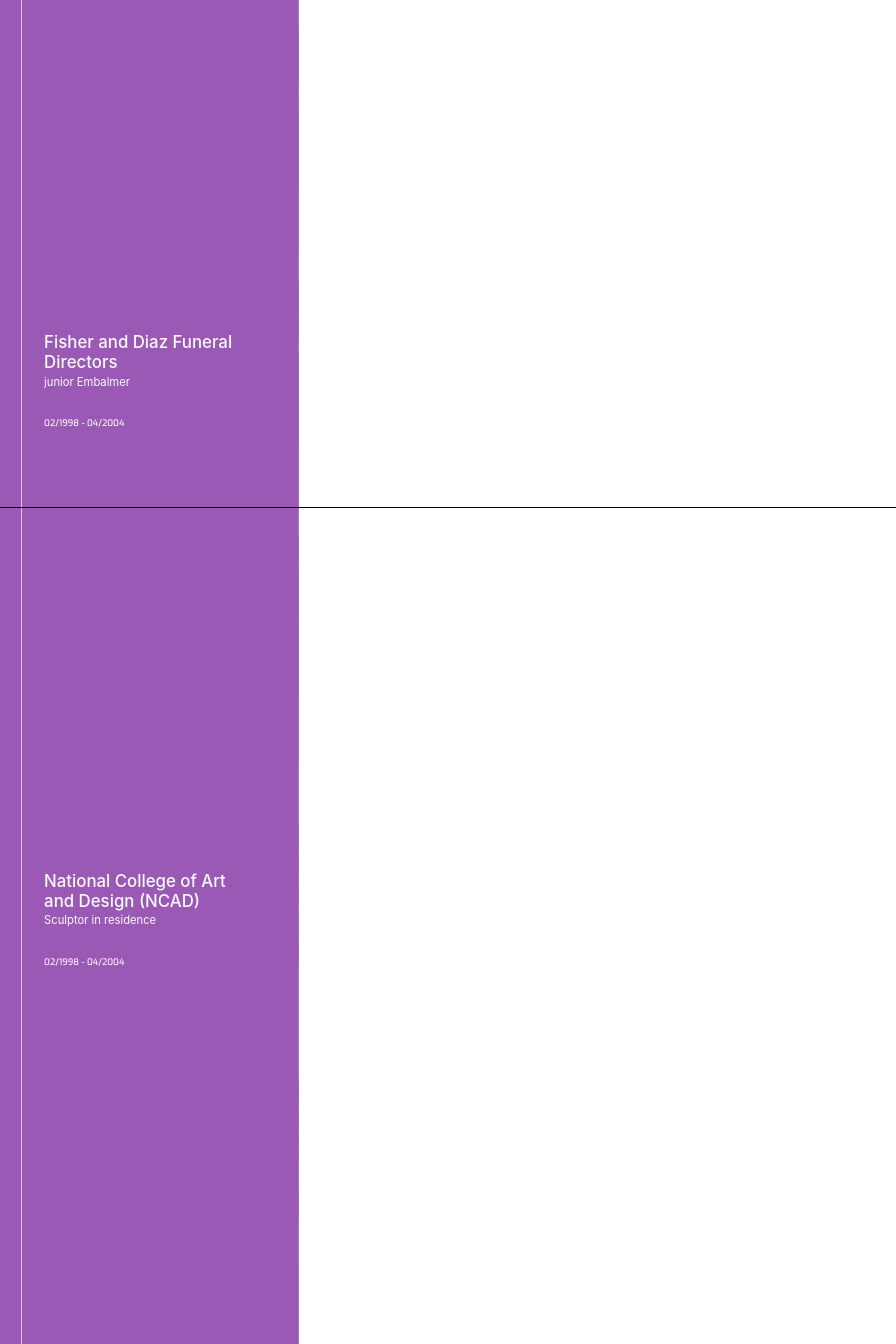
Repository: lemon-squeezy/resume-project
Page: resume.html
The author's editor kept a record of every edit. The page is drawn from the files as they stood at one moment, then again after the next edit.
The browser window is 1280 px wide. The pictures show the part of the page from y = 1460 to 3380 px (the page is 3746 px tall), at 70% of full size.
Some web libraries are served in a nearby version.

Above is the page before.

### resume.html
<!DOCTYPE html>
<html lang="en">

<head>
    <meta charset="UTF-8">
    <meta name="viewport" content="width=device-width, initial-scale=1.0">
    <meta http-equiv="X-UA-Compatible" content="ie=edge">
    <link rel="stylesheet" href="https://maxcdn.bootstrapcdn.com/bootstrap/4.2.1/css/bootstrap.min.css" type="text/css" />
    <link rel="stylesheet" href="https://maxcdn.bootstrapcdn.com/font-awesome/4.7.0/css/font-awesome.min.css" type="text/css" />
    <link rel="stylesheet" href="https://cdnjs.cloudflare.com/ajax/libs/hover.css/2.1.1/css/hover-min.css" type="text/css" />
    <link rel="stylesheet" href="assets/css/style.css">
    <title>Rosie</title>
</head>

<body>
    <header>
        <div class="row no-gutters">
            <a class="col-md-4 logo" href="02-index.html"></a>
            <div class="col-md-8">
                <div class="row no-gutters bg-color-name-title">
                    <div class="col heading">
                        <h1 class="name">Rosie Odenkirk</h1>
                        <h2 class="title"> Full Stack Developer</h2>
                    </div>
                </div>
                <div class="row no-gutters">
                    <div class="col">
                        <ul id="nav" class="list-inline menucontainer">
                            <li class="col-6 col-sm-3 list-inline-item ui-menu-color-home menuitem">
                                <a href="#" class="hvr-sweep-to-bottom"><i class="fa fa-home" aria-hidden="true"></i><span>Home</span></a>
                            </li>
                            <li class="col-6 col-sm-3 list-inline-item ui-menu-color-resume menuitem">
                                <a href="#" class="hvr-sweep-to-bottom"><i class="fa fa-graduation-cap" aria-hidden="true"></i><span>Resume</span></a>
                            </li>
                            <li class="col-6 col-sm-3 list-inline-item ui-menu-color-contact menuitem">
                                <a href="#" class="hvr-sweep-to-bottom"><i class="fa fa-comment-o" aria-hidden="true"></i><span>Contact</span></a>
                            </li>
                            <li class="col-6 col-sm-3 list-inline-item ui-menu-color-download menuitem">
                                <a href="#" class="hvr-sweep-to-bottom"><i class="fa fa-download" aria-hidden="true"></i><span>Download CV</span></a>
                            </li>
                        </ul>
                    </div>
                </div>
            </div>
        </div>
    </header>
    <section class="container-fluid">
        <div class="row">
            <div class="col-md-4 bg-color-work-history section-column">
                <div class="row">
                    <div class="col-12">
                        <h3 class="history-heading uppercase">
                            Work History
                        </h3>
                    </div>
                </div>
                <div class="timeline-item" data-dates="02/1998 - 04/2004">
                    <h4>National College of Art and Design (NCAD)</h4>
                    <p>Sculptor in residence</p>
                </div>
                <div class="timeline-item" data-dates="04/2004 - 06/2008">
                    <h4>Fisher and Diaz Funeral Directors</h4>
                    <p>junior Embalmer</p>
                </div>
                <div class="timeline-item" data-dates="02/1998 - 04/2004">
                    <h4>National College of Art and Design (NCAD)</h4>
                    <p>Sculptor in residence</p>
                </div>
                <div class="timeline-item" data-dates="02/1998 - 04/2004">
                    <h4>National College of Art and Design (NCAD)</h4>
                    <p>Sculptor in residence</p>
                </div>
            </div>
            <div class="col-md-8 bg-color-three-reasons section-column">
                <div class="row">
                    <div class="col">
                        <h3 class="section-heading uppercase">My Skills</h3>
                    </div>
                </div>
                <div class="row">
                    <div class="col-10 offset-1 offset-sm-0 col-sm-4 col-md-6">
                        <div class="row">
                            <div class="col-2">
                                <i class="three-reasons-icon fa fa-tv" aria-hidden="true"></i>
                            </div>
                            <div class="col-10">
                                <h4 class="three-reasons-heading uppercase">Front End</h4>
                                <p>
                                    I'm skilled in User Experience Design using the trinity of HTML/CSS/Javascript. I also have extensive experience in Front End Frameworks such as Angular and React
                                </p>
                            </div>
                        </div>
                    </div>
                    <div class="col-10 offset-1 offset-sm-0 col-sm-4 col-md-6">
                        <div class="row">
                            <div class="col-2">
                                <i class="three-reasons-icon fa fa-gears" aria-hidden="true"></i>
                            </div>
                            <div class="col-10">
                                <h4 class="three-reasons-heading uppercase">Back End</h4>
                                <p>
                                    I specialize in data-driven web applications. Many of my projects utilise document-based data. I use Python and Django in conjunction with MongoDB to process and present information.
                                </p>
                            </div>
                        </div>
                    </div>
                </div>
                <div class="row progress-section">
                    <div class="col">
                        <div class="progress">
                            <div class="progress-bar" role="progressbar" aria-valuenow="90" aria-valuemin="0" aria-valuemax="100" style="width:90%;">
                                <span class="sr-only">90% complete</span>
                            </div>
                            <span class="progress-type">HTML / HTML5</span>
                        </div>
                        <div class="progress">
                            <div class="progress-bar bg-success" role="progressbar" aria-valuenow="80" aria-valuemin="0" aria-valuemax="100" style="width:80%;">
                                <span class="sr-only">80% complete</span>
                            </div>
                            <span class="progress-type">CSS / CSS3</span>
                        </div>
                        <div class="progress">
                            <div class="progress-bar bg-info" role="progressbar" aria-valuenow="70" aria-valuemin="0" aria-valuemax="100" style="width:70%;">
                                <span class="sr-only">70% complete</span>
                            </div>
                            <span class="progress-type">JavaScript / jQuery</span>
                        </div>
                        <div class="progress">
                            <div class="progress-bar bg-warning" role="progressbar" aria-valuenow="80" aria-valuemin="0" aria-valuemax="100" style="width:80%;">
                                <span class="sr-only">80% complete</span>
                            </div>
                            <span class="progress-type">Django / Python</span>
                        </div>
                        <div class="progress">
                            <div class="progress-bar bg-danger" role="progressbar" aria-valuenow="80" aria-valuemin="0" aria-valuemax="100" style="width:80%;">
                                <span class="sr-only">80% complete</span>
                            </div>
                            <span class="progress-type">SQL / NoSQL</span>
                        </div>
                    </div>
                </div>
            </div>
        </div>

    </section>
    <footer class="container-fluid">
        <div id="footer-details" class="row">
            <div class="col-sm-4">
                <h5 class="uppercase general-sub">About</h5>
                <p class="inline-block">
                    Full Stack Web Developer. Skilled in everything from HTML to Heroku. The capacity for structural and design thinking.
                </p>
            </div>
            <div class="col-sm-4">
                <h5 class="uppercase general-sub">Download</h5>
                <p class="inline-block">
                    Need a printable version of my CV? Download it here.
                    <a href="#" target="_blank" class="cv-pdf">
                        <i class="fa fa-download" aria-hidden="true"></i>
                        <span class="sr-only">Download link.</span>
                    </a>
                </p>
            </div>
            <div class="col-sm-4">
                <h5 class="uppercase general-sub">Social</h5>
                <ul class="list-inline social-links">
                    <li class="list-inline-item">
                        <a target="_blank" href="#">
                            <i class="fa fa-facebook" aria-hidden="true"></i>
                            <span class="sr-only">Facebook</span>
                        </a>
                    </li>
                    <li class="list-inline-item">
                        <a target="_blank" href="#">
                            <i class="fa fa-twitter" aria-hidden="true"></i>
                            <span class="sr-only">Twitter</span>
                        </a>
                    </li>
                    <li class="list-inline-item">
                        <a target="_blank" href="#">
                            <i class="fa fa-linkedin" aria-hidden="true"></i>
                            <span class="sr-only">LinkedIn</span>
                        </a>
                    </li>
                    <li class="list-inline-item">
                        <a target="_blank" href="#">
                            <i class="fa fa-pinterest" aria-hidden="true"></i>
                            <span class="sr-only">Pinterest</span>
                        </a>
                    </li>
                    <li class="list-inline-item">
                        <a target="_blank" href="#">
                            <i class="fa fa-instagram" aria-hidden="true"></i>
                            <span class="sr-only">Instagram</span>
                        </a>
                    </li>
                    <li class="list-inline-item">
                        <a target="_blank" href="#">
                            <i class="fa fa-youtube" aria-hidden="true"></i>
                            <span class="sr-only">YouTube</span>
                        </a>
                    </li>
                </ul>
            </div>
        </div>
    </footer>
</body>

</html>

### assets/css/style.css
@import url('https://fonts.googleapis.com/css?family=Roboto:100,200,300,400,500,600,700|Exo:100,200,300,400,500,600,700');

/*--------------------------------------------Colors*/

.bg-color-name-title {
    background-color: #676767;
}

.bg-color-three-reasons {
    background-color: #fff;
}

.bg-color-personal-info {
    background-color: #f4f4f4;
}

.bg-color-work-history{
    background-color: #9b59b6;
}

.ui-menu-color-home {
    background-color: #e67e22;
}

.ui-menu-color-resume {
    background-color: #9b59b6;
}

.ui-menu-color-contact {
    background-color: #3498db;
}

.ui-menu-color-download {
    background-color: #525252;
}

.row-table {
    display: table;
}

.section-column {
    display: table-cell;
    padding: 0 30px 30px;
    float: none;
}

.section-heading {
    font-family: "Exo", sans-serif;
    font-weight: 300;
    margin-top: 25px;
    margin-bottom: 40px;
}

/* ----------------------------------------Special paddings/margins/text */

h1,
h2,
h3,
h4 {
    margin: 0;
}

.uppercase {
    text-transform: uppercase;
}

.general-sub {
    font-family: "Exo", sans-serif;
    font-weight: 300;
    color: #fafafa;
}

.inline-block {
    display: inline-block;
}

.row-table {
    display: table;
}

.section-column {
    display: table-cell;
    padding: 0 30px 30px;
    float: none;
}

.history-heading,
.section-heading {
    font-family: "Exo", sans-serif;
    font-weight: 300;
    margin-top: 25px;
    margin-bottom: 40px;
}

/*--------------------------------------------Heading*/

header {
    margin: 0;
}

.heading {
    margin-left: 50px;
}

.logo {
    background: url("../images/rosie.jpg");
    background-position: center;
    background-repeat: no-repeat;
    background-size: cover;
    min-height: 360px;
    transition: all .5s ease-in-out;
    -moz-transition: all .5s ease-in-out;
    -webkit-transition: all .5s ease-in-out;
}

.name {
    font-family: "Exo", sans-serif;
    font-weight: 100;
    font-size: 46px;
    margin-top: 50px;
    color: #fff;
}

.title {
    font-family: "Roboto", sans-serif;
    font-weight: 200;
    font-size: 28px;
    margin-top: 20px;
    margin-bottom: 90px;
    color: #fff;
}

.list-inline-item:not(:last-child) {
    margin: 0;
}

.menucontainer {
    font-size: 0;
}

#nav li {
    font-size: 14px;
    padding: 0;
}

#nav {
    margin: 0;
}

.menuitem {
    height: 120px;
    text-align: center;
    padding: 0;
}

.menuitem a {
    width: 100%;
    text-decoration: none;
    color: #fff;
    height: 120px;
}

.menuitem a i {
    padding-top: 22px;
    display: block;
    color: #fafafa;
    font-size: 26px;
}

.menuitem span {
    display: block;
    width: 100%;
    padding-top: 5px;
    text-align: center;
    text-transform: uppercase;
    font-size: 14px;
    font-weight: 300;
    letter-spacing: 2px;
}

/*--------------------------------------------Hover.css*/

.hvr-sweep-to-bottom:before {
    background: rgba(0, 0, 0, 0.2);
    height: 120px;
}

/* ----------------------------------------Footer */

footer {
    background-color: #525252;
    color: #fafafa;
    min-height: 120px;
    margin: 0;
}

.cv-pdf i {
    font-size: 18px;
    color: #fafafa;
    text-align: center;
    padding-left: 5px;
    transition: all 0.35s ease-in-out;
    -moz-transition: all 0.35s ease-in-out;
    -webkit-transition: all 0.35s ease-in-out;
    -o-transition: all 0.35s ease-in-out;
}

.cv-pdf i:hover {
    color: #e84610;
}

.social-links {
    padding-bottom: 15px;
}

.social-links li a i {
    width: 32px;
    height: 32px;
    padding: 12px 0;
    border-radius: 50%;
    font-size: 13px;
    line-height: 7px;
    text-align: center;
    color: #fafafa;
    background: #8f8f8f;
    transition: all 0.35s ease-in-out;
    -moz-transition: all 0.35s ease-in-out;
    -webkit-transition: all 0.35s ease-in-out;
    -o-transition: all 0.35s ease-in-out;
}

.social-links li a i:hover {
    background: #e84610;
}

#footer-details {
    padding: 20px;
}

/* ----------------------------------------Three Reasons */

.three-reasons-icon {
    font-size: 26px;
    color: #e67e22;
}

.three-reasons-heading {
    margin-bottom: 15px;
}

/* ----------------------------------------Personal Info */

.personal-info-item {
    margin-bottom: 20px;
    display: block;
    clear: both;
}

.personal-info-item .key,
.personal-info-item .value {
    padding-right: 8px;
    display: inline-block;
}

.personal-info-item .key p,
.personal-info-item .value p {
    margin: 0;
}

.personal-info-item .key {
    width: 30%;
    margin-right: 21px;
    padding-top: 2px;
    vertical-align: top;
}

.personal-info-item .key p {
    font-weight: 700;
}

.personal-info-item .value {
    position: relative;
    width: 60%;
}

/* ----------------------------------------Skills */

.progress {
    position: relative;
    height: 25px;
    margin-bottom: 4px;
}

.progress-type {
    position: absolute;
    left: 0px;
    font-weight: 400;
    padding: 3px 30px 2px 10px;
    color: #fafafa;
    background-color: rgba(25, 25, 25, 0.2);
}

.progress-section {
    margin: 40px 20px;
}

/* ----------------------------------------Work History */

.history-heading {
    color: #fafafa;
    margin-bottom: 50px;
}

.timeline-item {
    padding: 43em 2em 0em 2em;
    position: relative;
    color: #fafafa;
    border-left: 1px solid;
}

.timeline-item p {
    padding: 0;
    margin: 0;
}

.timeline-item:before {
    content: attr(data-dates);
    position: absolute;
    left: 2.5em;
    top: 3em;
    display: block;
    font-family: "Exo" , sans-serif;
    font-weight: 500;
    font-size: 0.8em;
    padding: 0;
    margin: 0;
}

.timeline-item:after {
    width: 12px;
    height: 12px;
    display: block;
    top: 2.4em;
    position: absolute;
    left: -6px;
    border-radius: 12px
    content:'';
    background: #fafafa;
}

After the next edit:
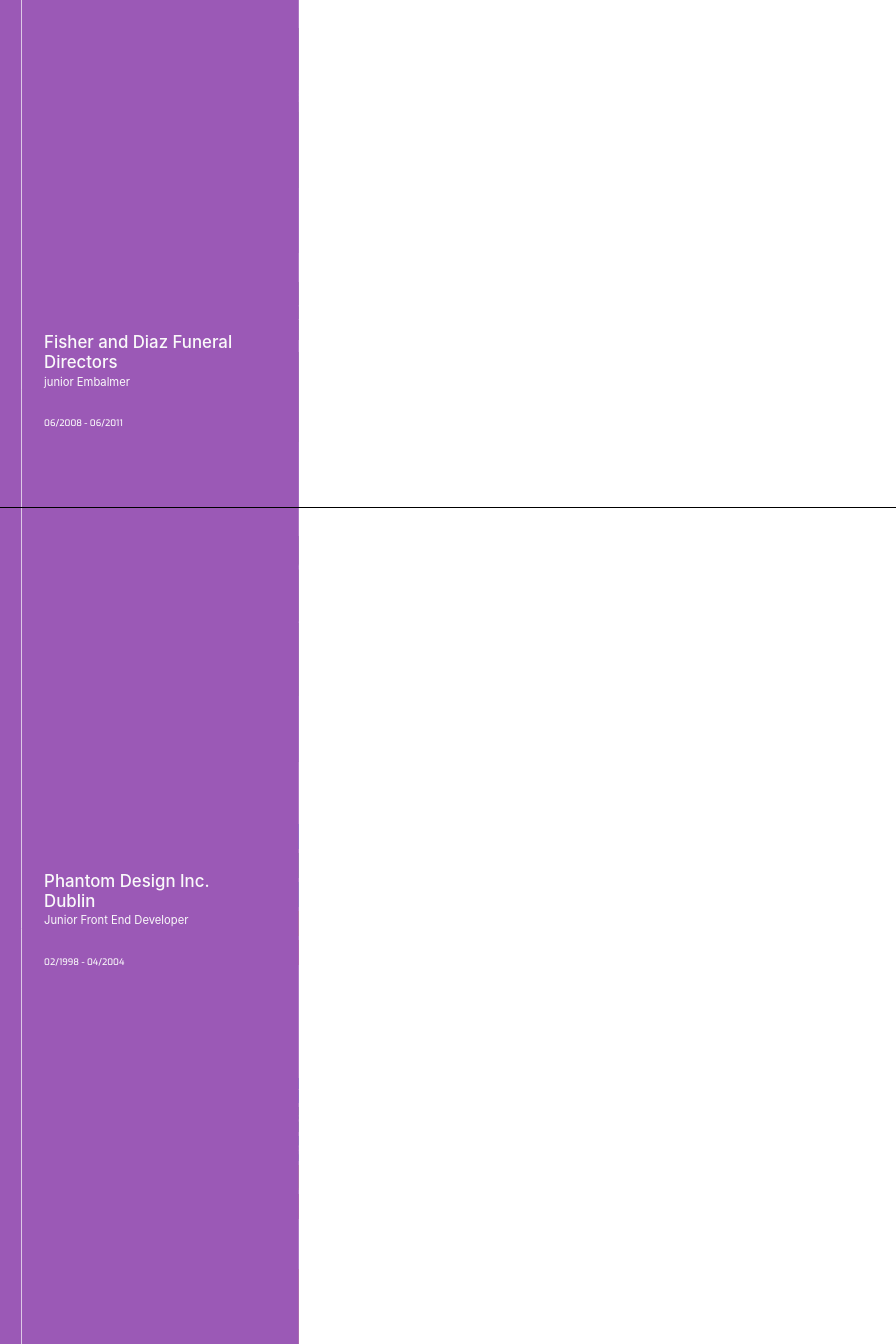
The edit:
--- a/resume.html
+++ b/resume.html
@@ -62,9 +62,9 @@
                     <h4>Fisher and Diaz Funeral Directors</h4>
                     <p>junior Embalmer</p>
                 </div>
-                <div class="timeline-item" data-dates="02/1998 - 04/2004">
-                    <h4>National College of Art and Design (NCAD)</h4>
-                    <p>Sculptor in residence</p>
+                <div class="timeline-item" data-dates="06/2008 - 06/2011">
+                    <h4>Phantom Design Inc. Dublin</h4>
+                    <p>Junior Front End Developer</p>
                 </div>
                 <div class="timeline-item" data-dates="02/1998 - 04/2004">
                     <h4>National College of Art and Design (NCAD)</h4>
